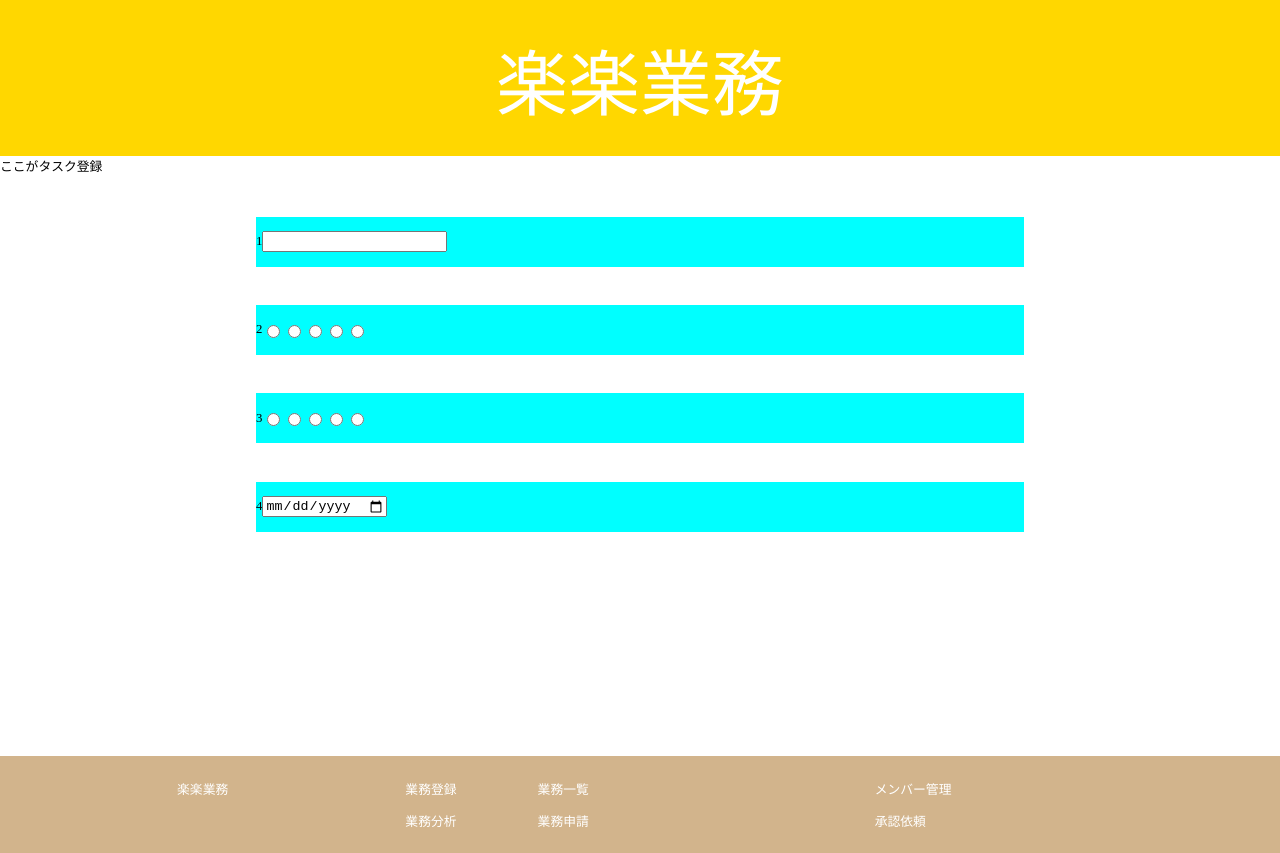
Repository: Reiya-1003/VueReplaceTask
Page: /#/register
An editor plug-in stored every save of this project. The page is shown before and after the next save, followed by the edit.
The browser window is 1280 px wide. The pictures show the whole page.
The project was rebuilt for these pictures with package versions that can differ from the ones it lists, and the page was loaded fresh each time. Also part of the build but not shown: vue.config.js, src/components/pages/PageHome.vue.

Above is the page before, as saved 2022-06-16 15:33:45.

After the next save:
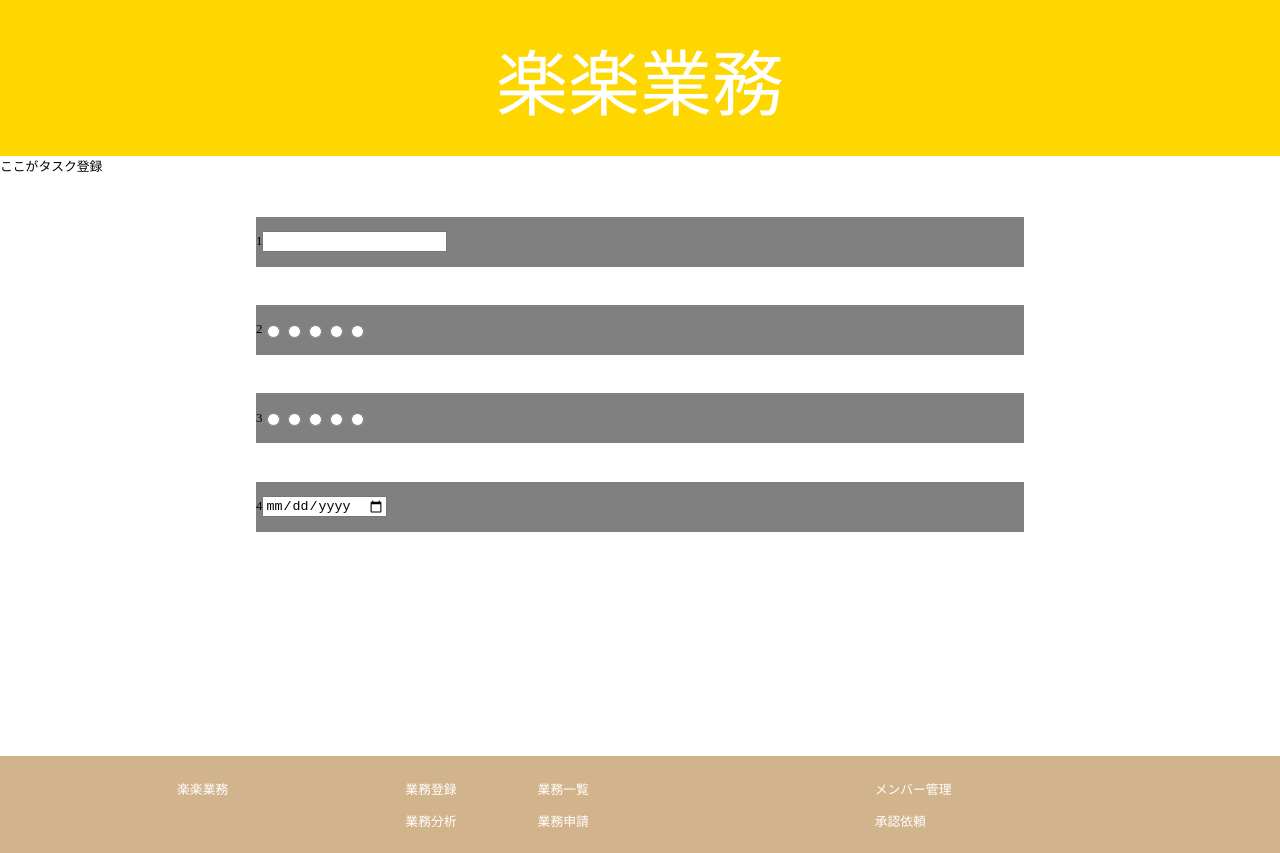
Saved 11 s later.
--- a/src/components/pages/PageRegister.vue
+++ b/src/components/pages/PageRegister.vue
@@ -31,7 +31,7 @@ export default {
    display: flex;
    align-items: center;
    margin-top: 5%;
-   background-color: aqua;
+   background-color:grey;
   }
 
 
